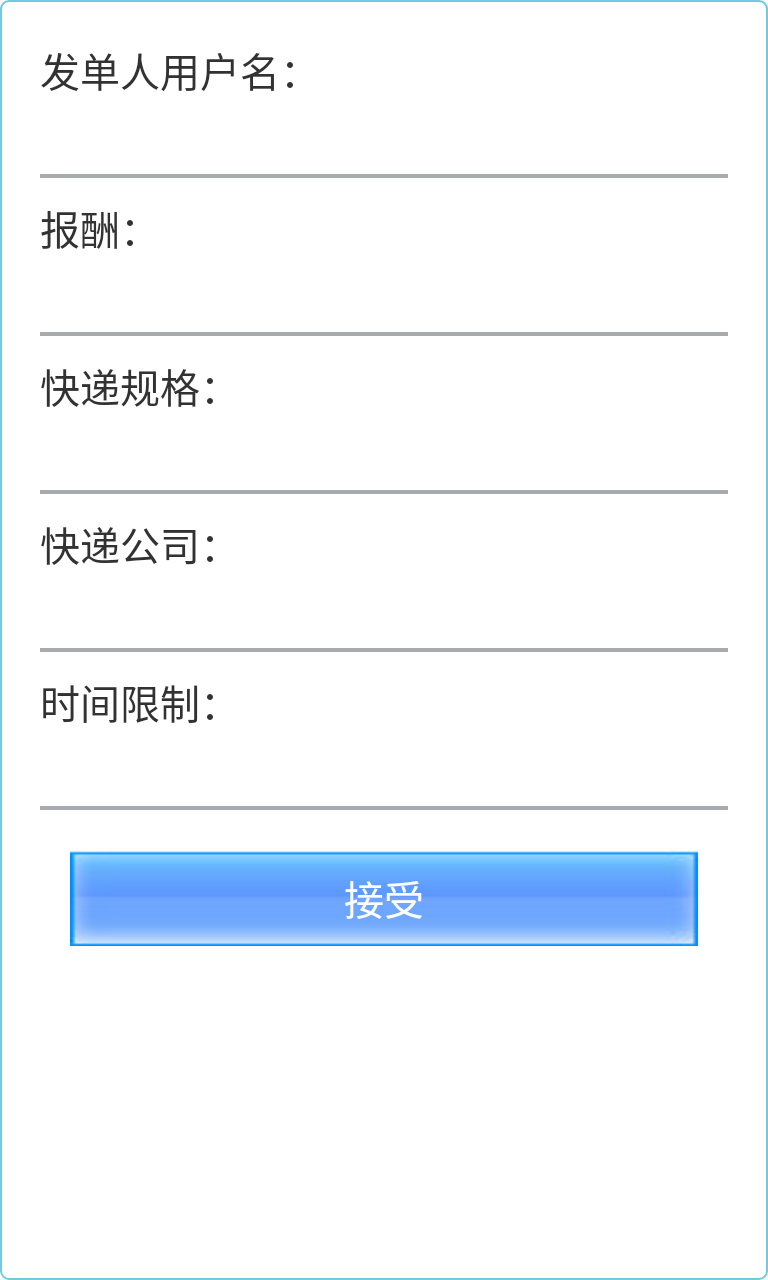
Repository: fariashen/campus-express
Layout: easyCourier/res/layout/activity_requestdetail.xml
An editor plug-in stored every save of this project. The layout is shown before and after the next save, followed by the edit.
It is drawn on a 768 x 1280 px phone screen (xhdpi) without system bars, with theme AppTheme; the app's code is not run.

Above is the layout before, as saved 2016-04-25 07:59:13.

After the next save:
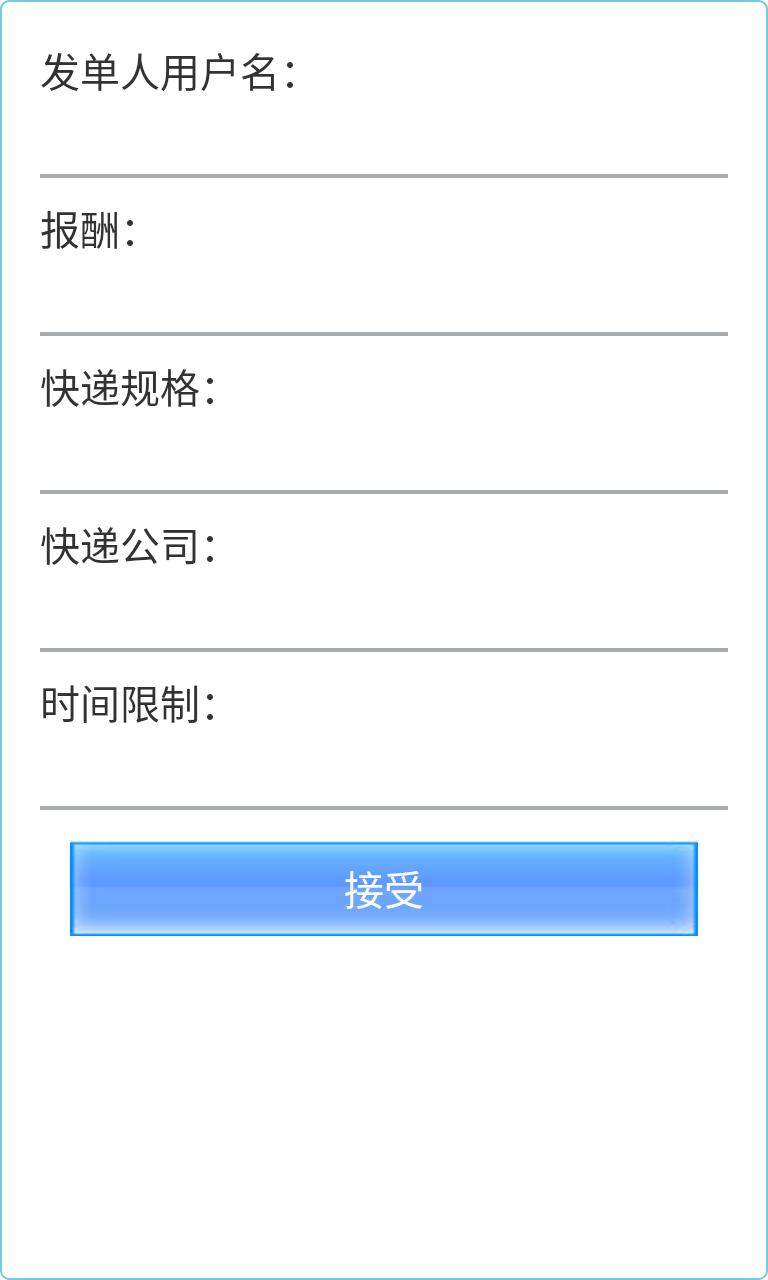
Saved 11 s later.
--- a/easyCourier/res/layout/activity_requestdetail.xml
+++ b/easyCourier/res/layout/activity_requestdetail.xml
@@ -101,7 +101,7 @@
                 android:layout_gravity="bottom"
                 android:layout_marginLeft="15.0dip"
                 android:layout_marginRight="15.0dip"
-                android:layout_marginTop="10dp"
+                android:layout_marginTop="5dp"
                 android:background="@drawable/anniu"
                 android:gravity="center"
                 android:text="接受"
